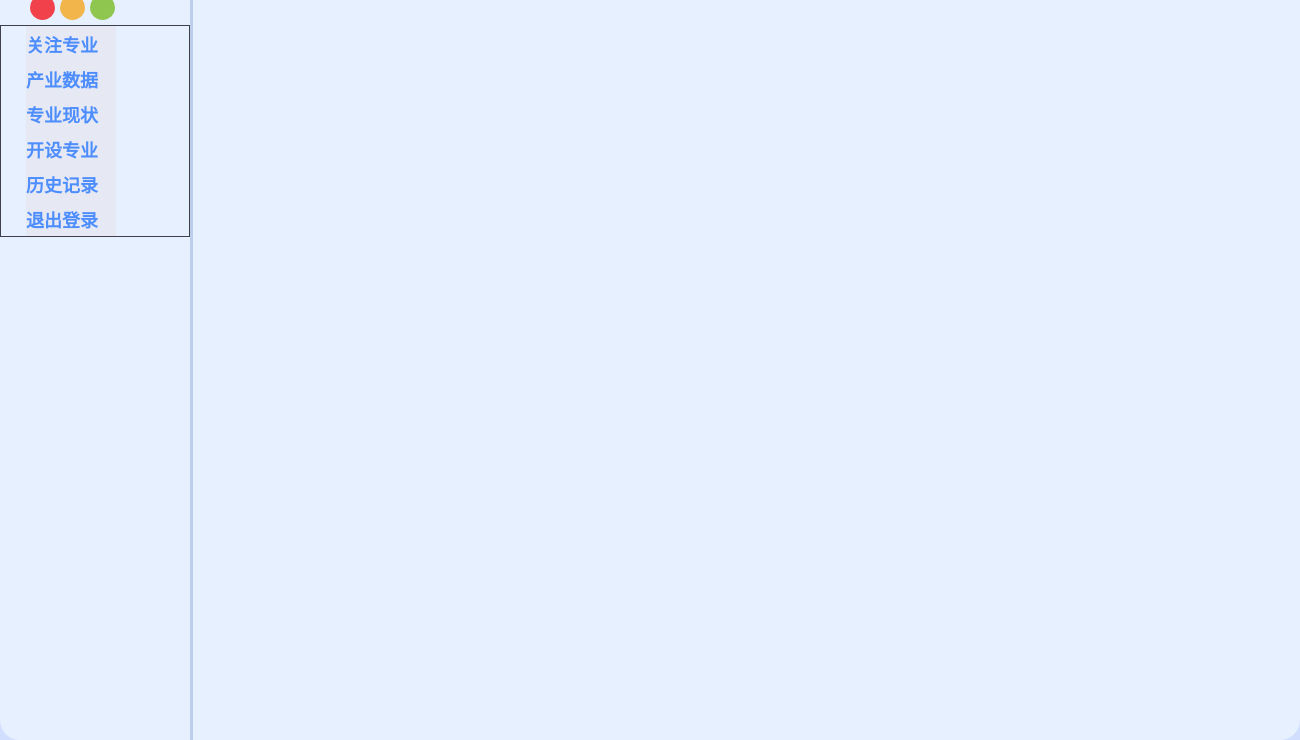
Repository: akaCSDN/test
Page: 2.1主页.html
An editor plug-in stored every save of this project. The page is shown before and after the next save, followed by the edit.
The browser window is 1280 px wide. The page is 1300 px wide, so the pictures cover 1300 px, including what lies to the right of the window. The pictures show the whole page.

Above is the page before, as saved 2022-12-02 14:13:41.

After the next save:
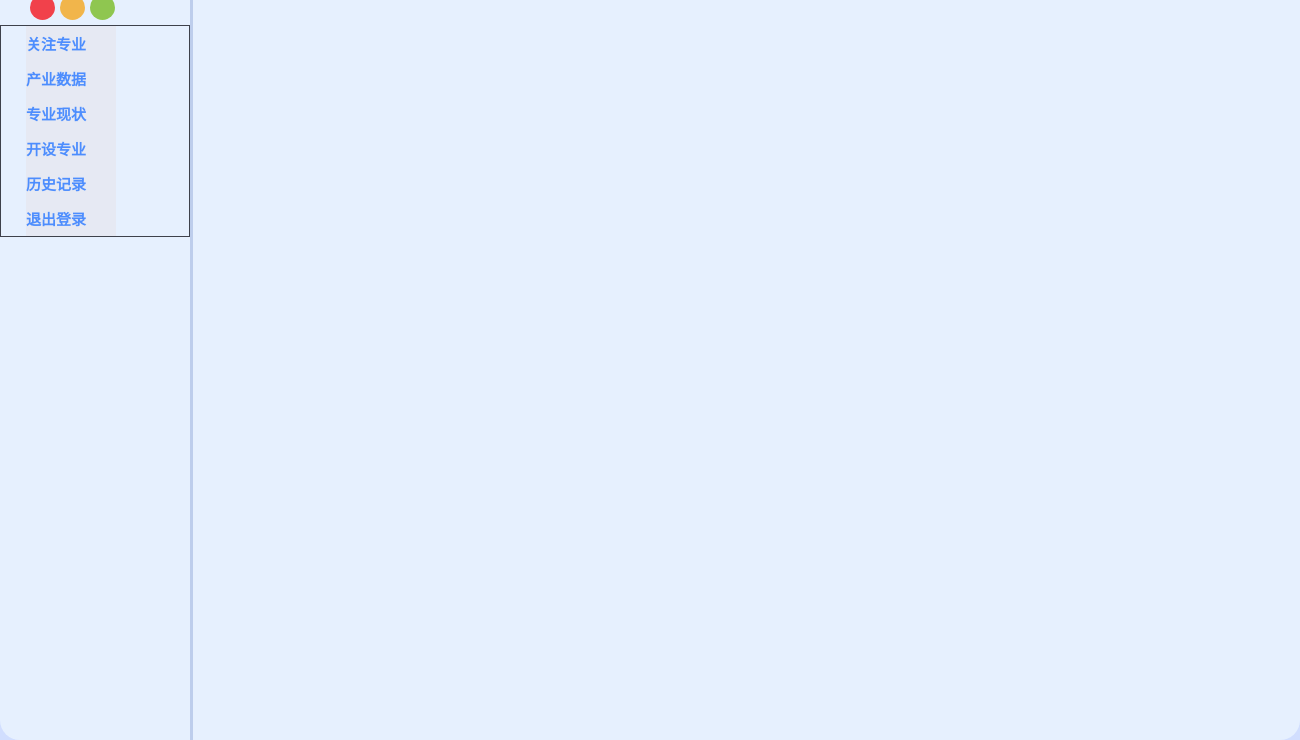
Saved 8 s later.
--- a/2.1主页.html
+++ b/2.1主页.html
@@ -65,7 +65,7 @@
             text-align: left;
             margin-left: 25px;
             color: rgba(0, 94, 255, 0.909);
-            font-size: 18px;
+            font-size: 15px;
             font-weight: 600;
         }
     </style>
